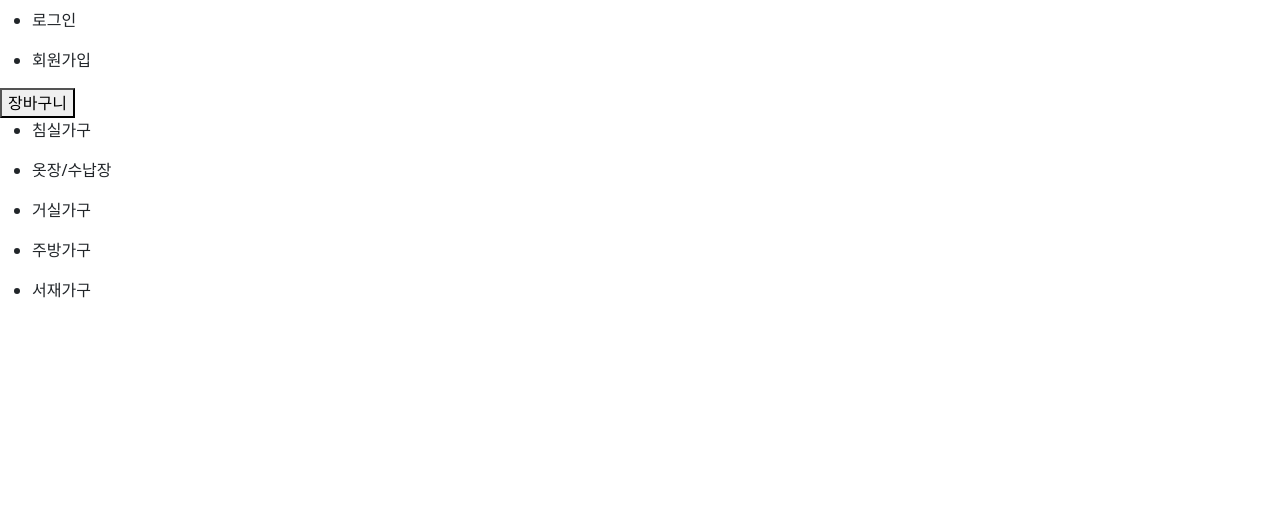
Repository: raoniee/Elice-House-Project
Page: FE/src/components/header/header.html
An editor plug-in stored every save of this project. The page is shown before and after the next save, followed by the edit.
The browser window is 1280 px wide. The pictures show the whole page.

Above is the page before, as saved 2023-07-04 15:41:49.

### FE/src/components/header/header.html
<!DOCTYPE html>
<html lang="ko">
  <head>
    <meta charset="UTF-8" />
    <meta http-equiv="X-UA-Compatible" content="IE=edge" />
    <meta name="viewport" content="width=device-width, initial-scale=1.0" />
    <title>Elice-House</title>
    <!-- CSS only -->
    <link
      href="https://cdn.jsdelivr.net/npm/bootstrap@5.2.3/dist/css/bootstrap.min.css"
      rel="stylesheet"
      integrity="sha384-rbsA2VBKQhggwzxH7pPCaAqO46MgnOM80zW1RWuH61DGLwZJEdK2Kadq2F9CUG65"
      crossorigin="anonymous"
    />
  </head>
  <body>
    <header class="header">
      <div class="top">
        <div class="inner">
          <h1>
            <a href="/">
              <div class="logo"></div>
            </a>
          </h1>
          <div class="membership">
            <ul>
              <li><p>로그인</p></li>
              <li><p>회원가입</p></li>
            </ul>
          </div>
          <div class="basket">
            <button>장바구니</button>
          </div>
        </div>
      </div>
      <div class="bottom">
        <nav class="gnb">
          <ul>
            <li>
              <p>침실가구</p>
            </li>
            <li><p>옷장/수납장</p></li>
            <li><p>거실가구</p></li>
            <li><p>주방가구</p></li>
            <li><p>서재가구</p></li>
          </ul>
        </nav>
      </div>
    </header>
  </body>
</html>

After the next save:
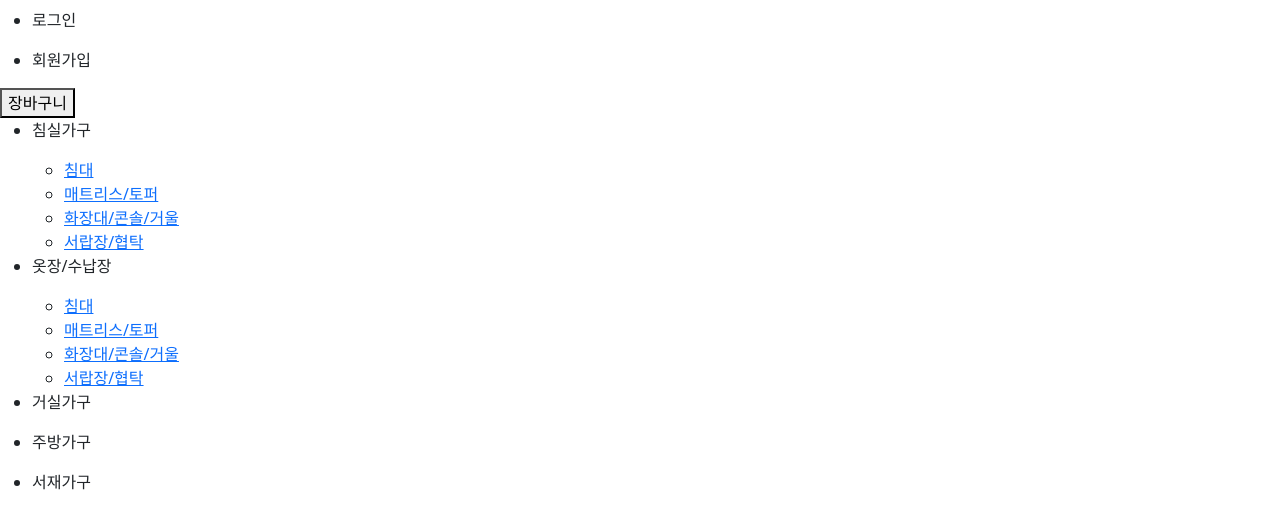
Saved 3 min 2 s later.
--- a/FE/src/components/header/header.html
+++ b/FE/src/components/header/header.html
@@ -38,8 +38,30 @@
           <ul>
             <li>
               <p>침실가구</p>
+              <nav class="smenu">
+                <div class="smenu_inner">
+                  <ul>
+                    <li><a href="">침대</a></li>
+                    <li><a href="">매트리스/토퍼</a></li>
+                    <li><a href="">화장대/콘솔/거울</a></li>
+                    <li><a href="">서랍장/협탁</a></li>
+                  </ul>
+                </div>
+              </nav>
             </li>
-            <li><p>옷장/수납장</p></li>
+            <li>
+              <p>옷장/수납장</p>
+              <nav class="smenu">
+                <div class="smenu_inner">
+                  <ul>
+                    <li><a href="">침대</a></li>
+                    <li><a href="">매트리스/토퍼</a></li>
+                    <li><a href="">화장대/콘솔/거울</a></li>
+                    <li><a href="">서랍장/협탁</a></li>
+                  </ul>
+                </div>
+              </nav>
+            </li>
             <li><p>거실가구</p></li>
             <li><p>주방가구</p></li>
             <li><p>서재가구</p></li>
